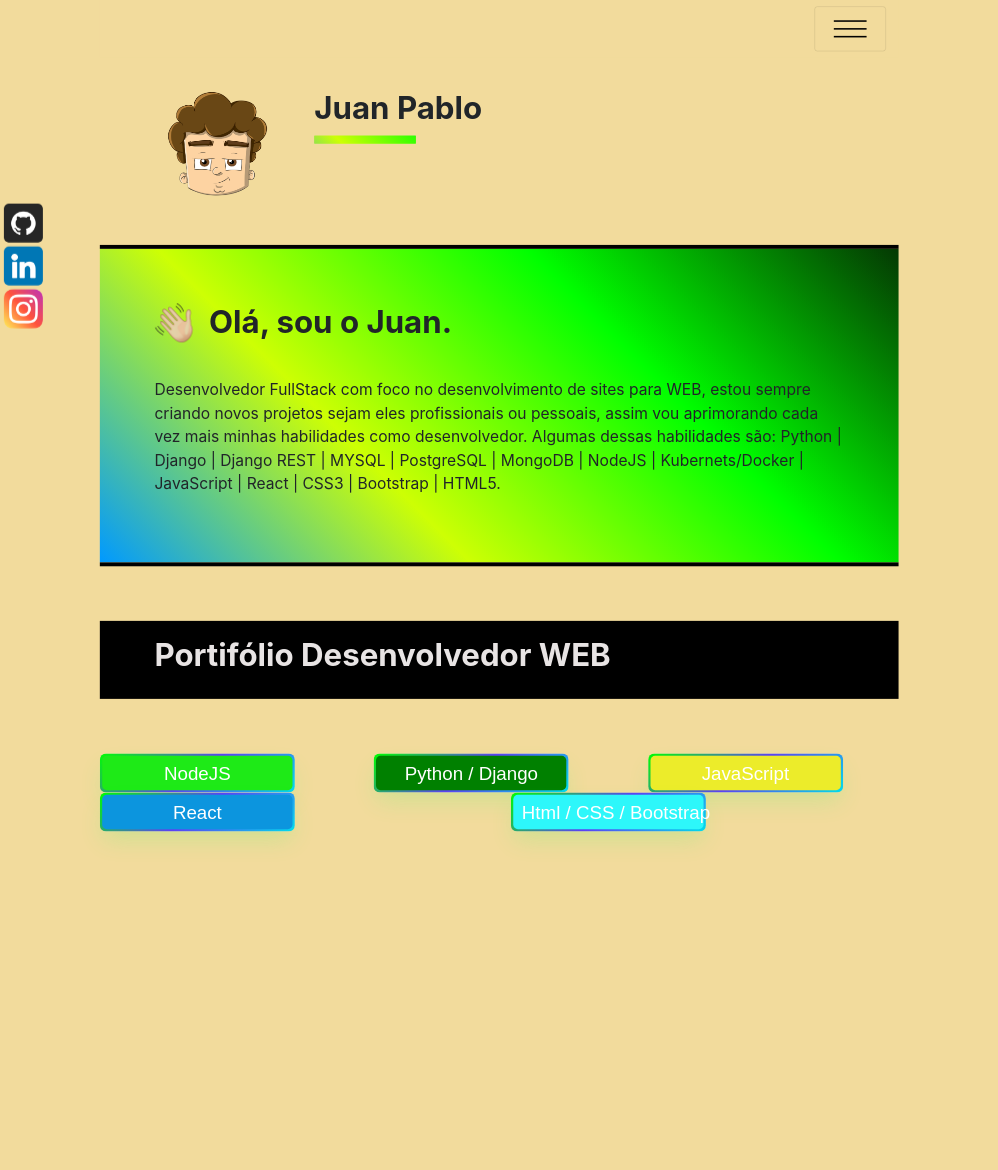
Repository: JuanPabloDS/portifolio
Page: http://localhost/
The author's editor kept a copy of each file at every save. The page is drawn from the files as they stood at one save, then again after the next save.
The browser window is 1280 px wide. The pictures show the whole page, at 78% of full size.
The page is served by the project's application, run on Django 4.2 (manage.py). Other server files are loaded and not shown.

Above is the page before, as saved 2023-02-23 11:18:57.

### core/templates/index.html
{% extends 'base.html' %}

{% block content %}

{% include 'perfil.html' %}

{% include 'apresentacao.html' %}

{% include 'developer.html' %}

{% include 'footer.html' %}

{% endblock %}

### core/templates/base.html
{% load static %}
<!DOCTYPE html>
<html lang="pt-br">

    <head>
        <!-- Required meta tags -->
        <meta charset="UTF-8">
        <meta http-equiv="X-UA-Compatible" content="IE=edge">
        <meta name="viewport" content="width=device-width, initial-scale=1.0">
        <title>Portifólio</title>

        <!-- Bootstrap CSS -->
        <link rel="stylesheet" href="{% static 'css/bootstrap.min.css' %}">
        <link rel="stylesheet" href="{% static 'css/style.css' %}">


    </head>

    <body>
        <div class="pos-f-t">
            <nav class="navbar navbar-light menu">
              <button class="navbar-toggler" type="button" data-toggle="collapse" data-target="#navbarToggleExternalContent" aria-controls="navbarToggleExternalContent" aria-expanded="false" aria-label="Toggle navigation">
                <div class="burger"><i></i><i></i><i></i></div>
              </button>
            </nav>
            <div class="collapse" id="navbarToggleExternalContent">
              <div class="bg-dark p-4">
                <div class="menu-itens">
                  <h1>HOME</h1>
                </div>
                <div class="menu-itens">
                  <h1>HOME</h1>
                </div>
                <div class="menu-itens">
                  <h1>HOME</h1>
                </div>
                <div class="menu-itens">
                  <h1>HOME</h1>
                </div>
              </div>
            </div>
          </div>
{% block content %}
{% endblock %}

### core/templates/perfil.html
{% load static %}
<div class="perfil">
    <img src="{% static '/img/perfil/eu.png' %}" alt="">
    <div class="borda">
        <h1>Juan Pablo</h1>
    </div>
</div>

### core/templates/apresentacao.html
{% load static %}
<div class="apresentacao">
    <div class="texto">
        <div>
            <img src="{% static '/img/icons/acenar.png' %}" alt="">
            <h1>Olá, sou o Juan.</h1>
        </div>
        <div class="paragrafo">
            <p>Desenvolvedor FullStack com foco no desenvolvimento de sites para WEB, estou sempre criando
            novos projetos sejam eles profissionais ou pessoais, assim vou aprimorando cada vez
            mais minhas habilidades como desenvolvedor. Algumas dessas habilidades são:
            Python | Django | Django REST | MYSQL | PostgreSQL | MongoDB | NodeJS | Kubernets/Docker |
            JavaScript | React | CSS3 | Bootstrap | HTML5.   </p>
        </div>
    </div>
    <div class="icons">
        <img src="{% static '/img/icons/github.png' %}" alt="">
        <img src="{% static '/img/icons/linkedin.png' %}" alt="">
        <img src="{% static '/img/icons/instagram.png' %}" alt="">
    </div>
</div>

### core/templates/developer.html
{% load static %}
<div class="dev">
    <div class="dev-1">
        <h1>Portifólio Desenvolvedor WEB</h1>
    </div>
    <div class="dev-menu row">
        <div class="col-sm">
            <button class="button-64" role="button"><span class="text but-3">NodeJS</span></button>
        </div>
        <div class="col-sm">
            <button class="button-64" role="button"><span class="text but-1">Python / Django</span></button>
        </div>
        <div class="col-sm">
            <button class="button-64" role="button"><span class="text but-2">JavaScript</span></button>
        </div>
        <div class="col-sm">
            <button class="button-64" role="button"><span class="text but-4">React</span></button>
        </div>
        <div class="col-sm">
            <button class="button-64" role="button"><span class="text but-5">Html / CSS / Bootstrap</span></button>
        </div>
    </div>
</div>

### core/templates/footer.html
{% load static %}
<!-- jQuery first, then Tether, then Bootstrap JS. -->
<script src="{% static 'js/jquery.js' %}"></script>
<script src="{% static 'js/bootstrap.js' %}" ></script>
<script src="{% static 'js/bootstrap.min.js' %}" ></script>
<script src="{% static 'js/bootstrap.bundle.js' %}" ></script>
<script src="{% static 'js/bootstrap.bundle.min.js' %}" ></script>
</body>
</html>

### core/views.py
from django.views.generic import TemplateView

class IndexView(TemplateView):
    template_name: str = 'index.html'

### portifolio/urls.py
"""portifolio URL Configuration

The `urlpatterns` list routes URLs to views. For more information please see:
    https://docs.djangoproject.com/en/4.1/topics/http/urls/
Examples:
Function views
    1. Add an import:  from my_app import views
    2. Add a URL to urlpatterns:  path('', views.home, name='home')
Class-based views
    1. Add an import:  from other_app.views import Home
    2. Add a URL to urlpatterns:  path('', Home.as_view(), name='home')
Including another URLconf
    1. Import the include() function: from django.urls import include, path
    2. Add a URL to urlpatterns:  path('blog/', include('blog.urls'))
"""
from django.contrib import admin
from django.urls import path, include

from django.conf.urls.static import static
from django.conf import settings

urlpatterns = [
    path('admin/', admin.site.urls),
    path('', include('core.urls')),
] + static(settings.MEDIA_URL, document_root=settings.MEDIA_ROOT)

### core/urls.py
from django.urls import path
from .views import IndexView

urlpatterns = [
    path('', IndexView.as_view(), name='index')
]

### core/static/css/style.css
/*! Menu inicial */

body{
    width: 80%;
    margin: auto;
    height: 1500px;
    background-color: #f2db9c;
}

@media screen and (max-width: 600px) {
    body{
        width: 100%;
        margin: auto;
    }

}

.burger {

    z-index: 9998;
    cursor: pointer;
    padding: 5px 4px;
    background-color: transparent;
}

.burger i {
    display: block;
    width: 42px;
    height: 2px;
    margin: 8px;
    background-color: black;
}

.burger:active,
.burger:focus {
 outline-color:0;
 outline-style:none;
 outline-width:0
}
.burger i {
 display:block;
 width:42px;
 height:2px;
 margin:8px;
 background-color:black
}

.burger i:nth-child(n) {
 -moz-transition:-moz-transform .45s cubic-bezier(.43,.77,.15,1.5),background .3s ease;
 -o-transition:-o-transform .45s cubic-bezier(.43,.77,.15,1.5),background .3s ease;
 -webkit-transition:-webkit-transform .45s cubic-bezier(.43,.77,.15,1.5),background .3s ease;
 transition:transform .45s cubic-bezier(.43,.77,.15,1.5),background .3s ease
}
.burger.hover i:nth-child(1) {
 -moz-transform:translate3d(0,-4px,0);
 -ms-transform:translate3d(0,-4px,0);
 -webkit-transform:translate3d(0,-4px,0);
 transform:translate3d(0,-4px,0)
}
.burger.hover i:nth-child(3) {
 -moz-transform:translate3d(0,4px,0);
 -ms-transform:translate3d(0,4px,0);
 -webkit-transform:translate3d(0,4px,0);
 transform:translate3d(0,4px,0)
}
.burger.st-1 {
 animation:rotate-back-in .8s cubic-bezier(.2,.86,.35,1) forwards;
 -webkit-animation:rotate-back-in .8s cubic-bezier(.2,.86,.35,1) forwards
}
.burger.st-1 i:nth-child(1) {
 -moz-transform:translate3d(0,9px,0);
 -ms-transform:translate3d(0,9px,0);
 -webkit-transform:translate3d(0,9px,0);
 transform:translate3d(0,9px,0)
}
.burger.st-1 i:nth-child(3) {
 -moz-transform:translate3d(0,-9px,0);
 -ms-transform:translate3d(0,-9px,0);
 -webkit-transform:translate3d(0,-9px,0);
 transform:translate3d(0,-9px,0)
}
.burger.st-2 {
 animation:rotate-back-out .85s cubic-bezier(.2,.86,.35,1) forwards;
 -webkit-animation:rotate-back-out .85s cubic-bezier(.2,.86,.35,1) forwards
}
.burger.st-2 i:nth-child(1) {
 -moz-transform:translate3d(0,10px,0) rotate(45deg) scale(1.5);
 -ms-transform:translate3d(0,10px,0) rotate(45deg) scale(1.5);
 -webkit-transform:translate3d(0,10px,0) rotate(45deg) scale(1.5);
 transform:translate3d(0,10px,0) rotate(45deg) scale(1.5)
}
.burger.st-2 i:nth-child(2) {
 opacity:0
}
.burger.st-2 i:nth-child(3) {
 -moz-transform:translate3d(0,-10px,0) rotate(-45deg) scale(1.5);
 -ms-transform:translate3d(0,-10px,0) rotate(-45deg) scale(1.5);
 -webkit-transform:translate3d(0,-10px,0) rotate(-45deg) scale(1.5);
 transform:translate3d(0,-10px,0) rotate(-45deg) scale(1.5)
}
.burger.st-2.hover i:nth-child(1) {
 -moz-transform:translate3d(0,10px,0) rotate(50deg) scale(1.5);
 -ms-transform:translate3d(0,10px,0) rotate(50deg) scale(1.5);
 -webkit-transform:translate3d(0,10px,0) rotate(50deg) scale(1.5);
 transform:translate3d(0,10px,0) rotate(50deg) scale(1.5)
}
.burger.st-2.hover i:nth-child(3) {
 -moz-transform:translate3d(0,-10px,0) rotate(-50deg) scale(1.5);
 -ms-transform:translate3d(0,-10px,0) rotate(-50deg) scale(1.5);
 -webkit-transform:translate3d(0,-10px,0) rotate(-50deg) scale(1.5);
 transform:translate3d(0,-10px,0) rotate(-50deg) scale(1.5)
}

.menu{
    height: 20%;
    background-color: #f2db9c;
    color: black;
}

.menu button{
    position: relative;
    right: inherit;
    float: right;
    margin-left: auto;
    color: black;
}

.menu span {
    color: black;
}



.menu-itens {
    height: 80px;
    background-color: blue;
    text-align: center;
    padding-top: 13px;
    margin-bottom: 10px;
    font-size: 50%;
}

@media screen and (max-width: 600px){
    .menu button{
        position: relative;
        padding-top: 0;
        right: inherit;
        padding-right: 0;
        padding-left: 5px;
        padding-bottom: 0;
        width: 60px;
        height: 50px;
    }

    .menu-itens {
        height: 30px;
        background-color: blue;
    }

    .menu-itens h1 {
        font-size: 150%;
        line-height: 0.2;
    }

    .burger i {
        width:25px;
        height:2px;
       }
}

/*! Fim Menu inicial */

/*! Perfil */

.perfil{
    padding-top: 40px;
    padding-left: 80px;
    margin-bottom: 200px;
}

.perfil img {
    width: 140px;
    height: 140px;
    float: left;
}

.perfil h1 {
    margin-left: 50px;
    position: absolute;
    font-weight: bold;


}
.borda{
    position: relative;
    padding-left: 145px;
}

.borda::before, .borda::after{
    content: '';
    position: absolute;
    z-index: -1;
    width: calc(130px);
    height: calc(10px);
    top: 60px;
    background: linear-gradient(45deg, #0099ff, #cdff04, #00ff00, #043903 );
    margin-left: 50px;
    background-size: 300%;
    animation: AnimarBorda 8s linear infinite;

}

@keyframes AnimarBorda {
    0% {
        background-position: 0;
    }
    100% {
        background-position: 300%;
    }
}

@media screen and (max-width: 900px) {
    .perfil {
        padding-left: 20px;
        margin-bottom: 100px;

    }
    .perfil img {
        width: 60px;
        height: 60px;
    }
    .perfil h1 {
        font-size: 30px;
    }

    .borda{
        padding-left: 30px;
    }

    .borda::before, .borda::after{
        margin-left: 20px;
        top: 40px;

    }

}

/*! Fim Perfil */

/*! Apresentaçao */

.apresentacao{
    background-color: #f2e5c0;
    padding: 70px;
    position: relative;
    border-bottom: 5px solid black;
    border-top: 5px solid black;
    background: linear-gradient(45deg,#0099ff, #cdff04, #00ff00, #043903
    );
    animation-name: ring;
    animation-duration: 1000ms;
    animation-timing-function: linear;
    animation-iteration-count: infinite;
    display: flex;
    justify-content: center;
    align-items: center;

@keyframes ring {
    0%{
        tranform:rotate(-360deg)
    }
}

}

.texto {
    display: flex;
    flex-direction: column ;
    flex-wrap: wrap;
}

.texto h1 {
    margin-left: 20px;
    font-weight: bold;
    float: left;
    align-self: stretch;
}

.texto img {
    width: 50px;
    height: 50px;
    float: left;
}

.paragrafo p {
    margin-top: 40px;
    font-size: 20px;
}

.icons{
    position: fixed;
    padding-bottom: 23%;
    padding-left: 5px;
    bottom: 0;
    left: 0;
    width: 50px;
}

.icons img{
    width: 50px;
    height: 50px;
    margin-bottom: 5px;
}

@media screen and (max-width: 900px) {
    .icons{
        width: 20px;
    }

    .icons img{
        width: 20px;
        height: 20px;
        margin-bottom: 5px;
    }

    .texto h1 {
        font-size: 20px;
    }

    .texto img {
        width: 25px;
        height: 25px;
    }

    .paragrafo p {
        margin-top: 20px;
        font-size: 15px;
    }

}

/*! Fim Apresetação */

/*! Developer */

.dev-1 {
    margin-top: 70px;
    height: 100px;
    background-color: black;
    padding-top: 20px;
    padding-left: 70px;
}

.dev-1 h1 {
    color: rgb(232, 228, 228);
    font-weight: bold;

}

.dev-menu {
    margin-top: 70px;
    display: flex;
    flex-direction: row ;
    flex-wrap: wrap;
}

.dev-menu button {
    width: 250px;
    height: 50px;
}

/* CSS */
.button-64 {
  align-items: center;
  background-image: linear-gradient(144deg,#00ff00, #5B42F3 50%,#00DDEB);
  border: 0;
  border-radius: 8px;
  box-shadow: rgba(65, 252, 96, 0.2) 0 15px 30px -5px;
  box-sizing: border-box;
  color: white;
  display: flex;
  font-family: Phantomsans, sans-serif;
  font-size: 20px;
  justify-content: center;
  line-height: 1em;
  max-width: 100%;
  min-width: 140px;
  padding: 3px;
  text-decoration: none;
  user-select: none;
  -webkit-user-select: none;
  touch-action: manipulation;
  white-space: nowrap;
  cursor: pointer;
}

.button-64:active,
.button-64:hover {
  outline: 0;
}

.button-64 span {
  padding: 11px;
  border-radius: 6px;
  width: 100%;
  height: 100%;
  transition: 300ms;
}

.button-64:hover span {
  background: none;
}

.but-1 {
    background-color: green;
}

.but-2 {
    background-color: rgb(236, 236, 42);
}

.but-3 {
    background-color: rgb(30, 234, 23);
}

.but-4 {
    background-color: rgb(12, 149, 222);
}

.but-5 {
    background-color: rgb(45, 247, 250);
}

@media (min-width: 768px) {
  .button-64 {
    font-size: 24px;
    min-width: 196px;
  }
}

Loaded but not shown: core/static/css/bootstrap.min.css (library); core/static/js/jquery.js (library); core/static/js/bootstrap.js (library); core/static/js/bootstrap.min.js (library); core/static/js/bootstrap.bundle.js (library); core/static/js/bootstrap.bundle.min.js (library)

After the next save:
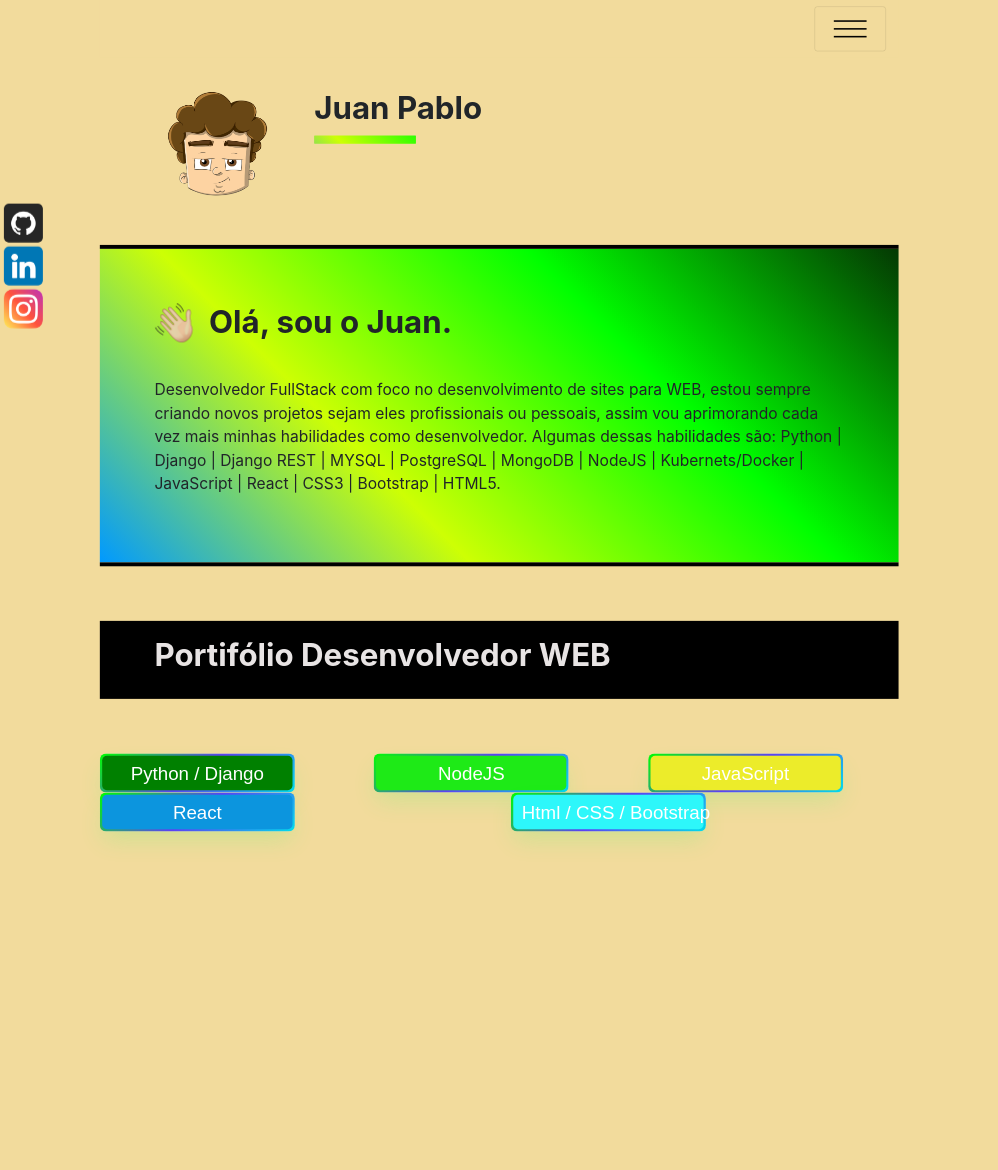
Saved 15 s later.
--- a/core/templates/developer.html
+++ b/core/templates/developer.html
@@ -4,11 +4,12 @@
         <h1>Portifólio Desenvolvedor WEB</h1>
     </div>
     <div class="dev-menu row">
+
+        <div class="col-sm">
+            <button class="button-64" role="button"><span class="text but-1">Python / Django</span></button>
+        </div>
         <div class="col-sm">
             <button class="button-64" role="button"><span class="text but-3">NodeJS</span></button>
-        </div>
-        <div class="col-sm">
-            <button class="button-64" role="button"><span class="text but-1">Python / Django</span></button>
         </div>
         <div class="col-sm">
             <button class="button-64" role="button"><span class="text but-2">JavaScript</span></button>
